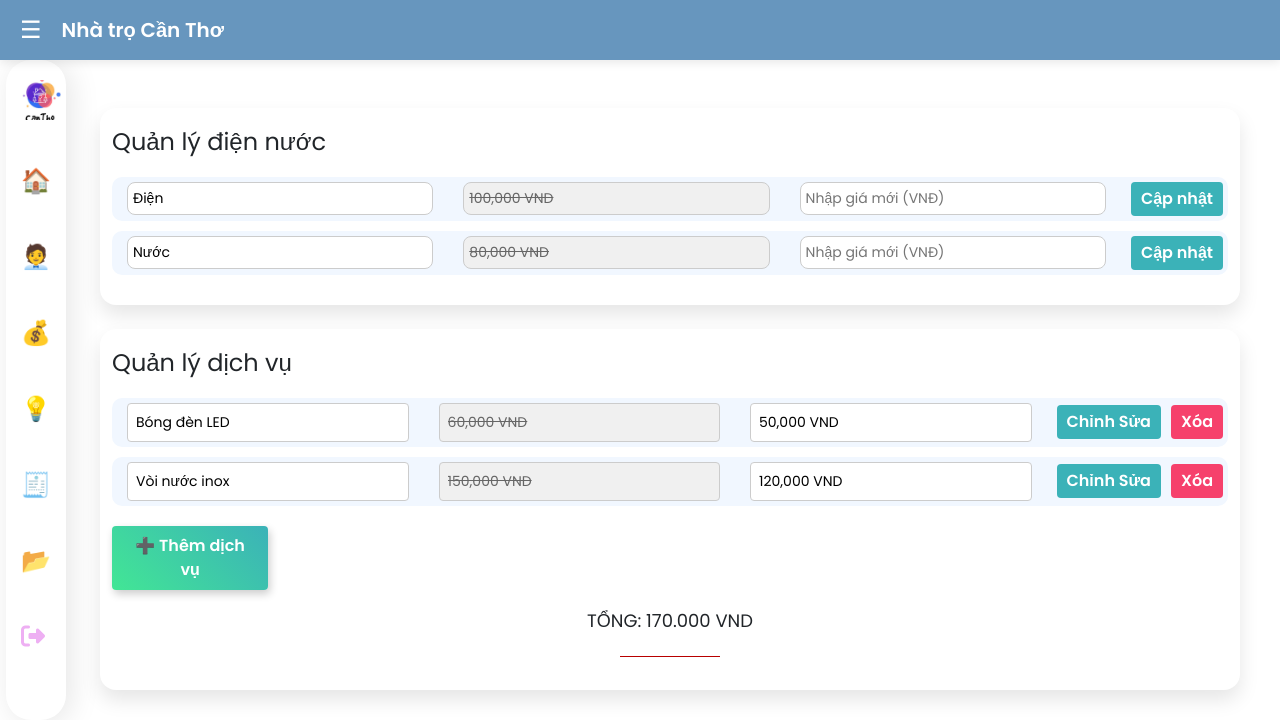
Repository: nhutty0402/DoAn02
Page: HTML/dichvu.html
An editor plug-in stored every save of this project. The page is shown before and after the next save, followed by the edit.
The browser window is 1280 px wide. The pictures show the whole page.

Above is the page before, as saved 2025-03-21 00:18:13.

After the next save:
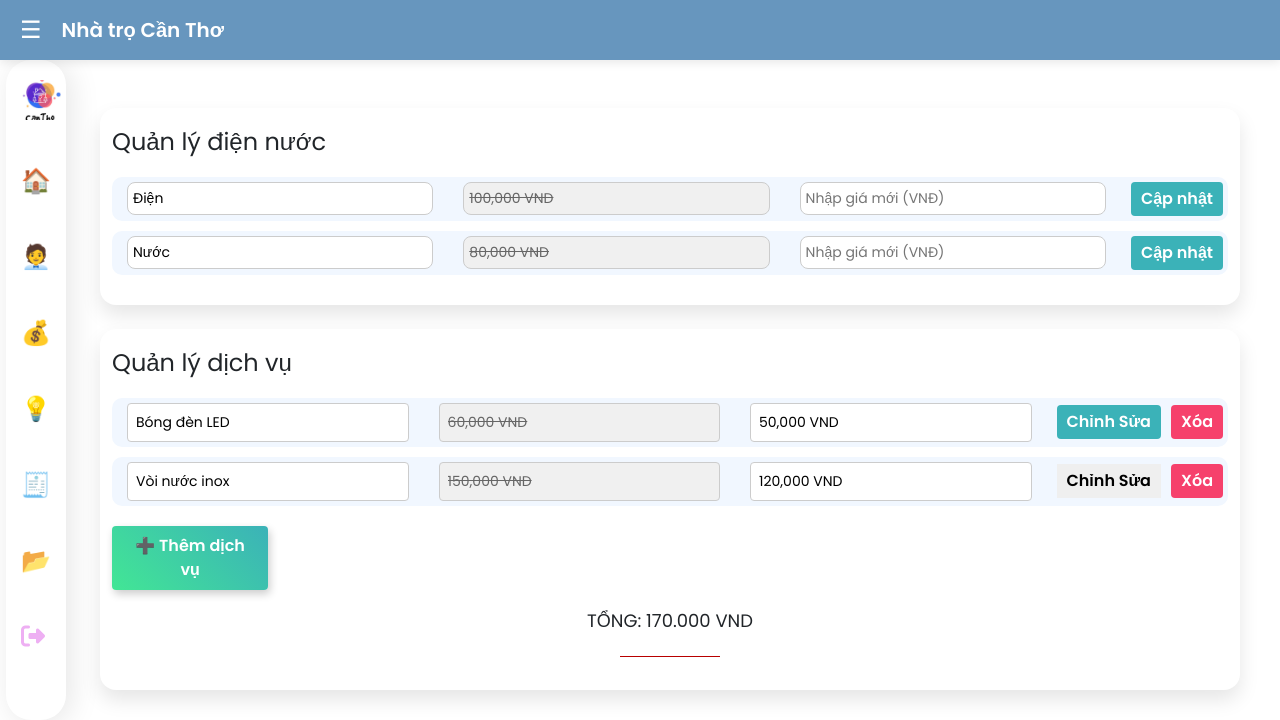
Saved 23 s later.
--- a/HTML/dichvu.html
+++ b/HTML/dichvu.html
@@ -95,7 +95,7 @@
                     <input type="text" value="150,000 VND" placeholder="Giá cũ (VNĐ)" readonly class="old-price">
                     <input type="text" value="120,000 VND" placeholder="Nhập giá mới (VNĐ)" readonly class="new-price">
                     <div class="btn-group">
-                        <button class="update-btn" onclick="updateService(this)">Chỉnh Sửa</button>
+                        <button class="up-btn" onclick="updateService(this)">Chỉnh Sửa</button>
                         <button class="delete-btn" onclick="deleteService(this)">Xóa</button>
                     </div>
                 </div>
